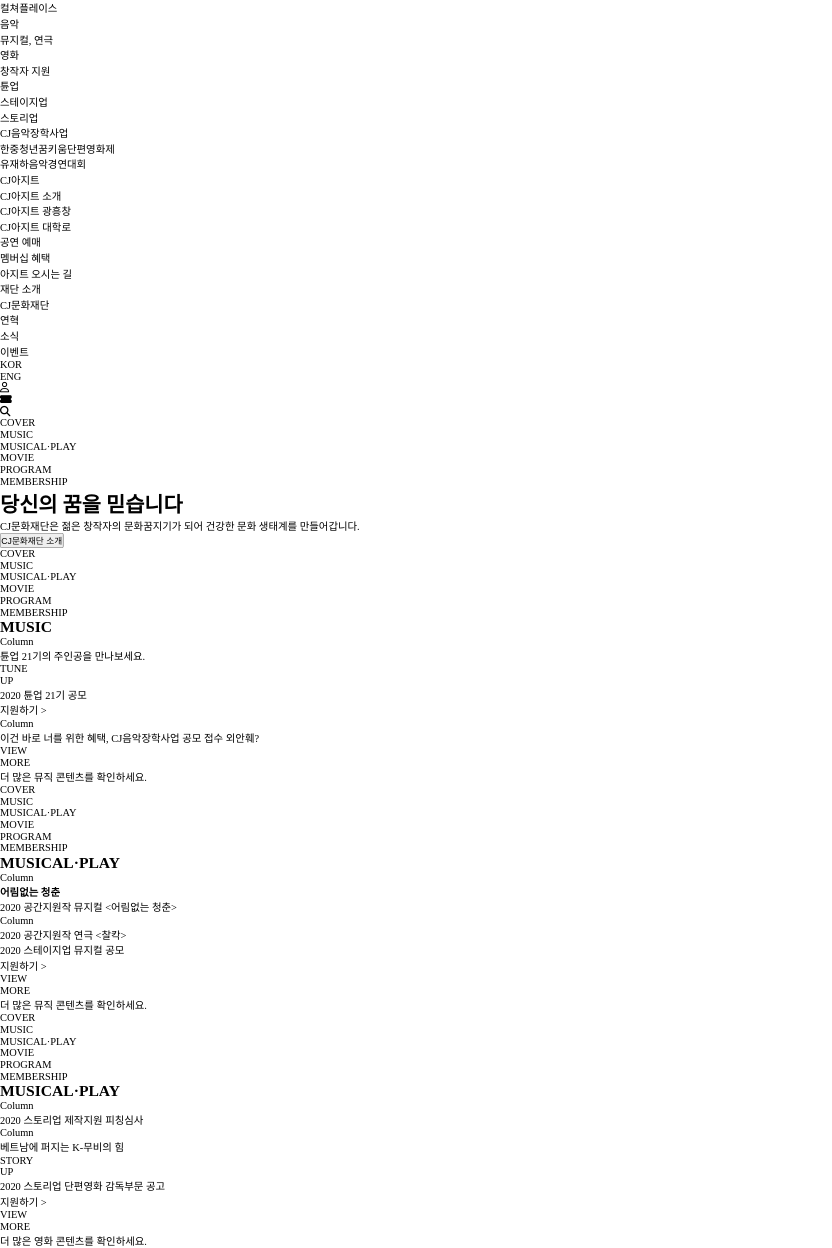
Repository: godcl1623/Tutorials
Page: 습작/CJazit/cjazit-index.html
These files come from the project's save history. The page is drawn as it stood at one moment and after the next save; the edit follows.
The browser window is 1280 px wide. The pictures show the whole page, at 65% of full size.
Some web libraries are served in a nearby version.

Above is the page before, as saved 2021-01-12 21:26:38.

### 습작/CJazit/cjazit-index.html
<!DOCTYPE html>
<html lang="kr">
<head>
  <meta charset="UTF-8">
  <meta name="viewport" content="width=device-width, initial-scale=1.0">
  <title>CJ문화재단</title>
  <link rel="stylesheet" href="cjazit-style.css">
  <script src="https://kit.fontawesome.com/126dba6a94.js" crossorigin="anonymous"></script>
</head>
<body>
  <nav>
    <div class="logo-place"></div>
    <ul class="menu-main">
      <li>컬쳐플레이스
        <ul class="menu-sub">
          <li>음악</li>
          <li>뮤지컬, 연극</li>
          <li>영화</li>
        </ul>
      </li>
      <li>창작자 지원
        <ul class="menu-sub">
          <li>튠업</li>
          <li>스테이지업</li>
          <li>스토리업</li>
          <li>CJ음악장학사업</li>
          <li>한중청년꿈키움단편영화제</li>
          <li>유재하음악경연대회</li>
        </ul>
      </li>
      <li>CJ아지트
        <ul class="menu-sub">
          <li>CJ아지트 소개</li>
          <li>CJ아지트 광흥창</li>
          <li>CJ아지트 대학로</li>
          <li>공연 예매</li>
          <li>멤버십 혜택</li>
          <li>아지트 오시는 길</li>
        </ul>
      </li>
      <li>재단 소개
        <ul class="menu-sub">
          <li>CJ문화재단</li>
          <li>연혁</li>
          <li>소식</li>
          <li>이벤트</li>
        </ul>
      </li>
    </ul>
    <div class="utility">
      <div class="language">
        <span><p>KOR</p></span>
        <span><p>ENG</p></span>
      </div>
      <div class="utility-icons">
        <div><i class="far fa-user"></i></div>
        <div><i class="fas fa-ticket-alt"></i></div>
        <div><i class="fas fa-search"></i></div>
      </div>
    </div>
  </nav>
  <header>
    <ul class="sidebar">
      <li>COVER</li>
      <li>MUSIC</li>
      <li>MUSICAL·PLAY</li>
      <li>MOVIE</li>
      <li>PROGRAM</li>
      <li>MEMBERSHIP</li>
    </ul>
    <div class="main-image"></div>
    <div class="welcom-box">
      <h1>당신의 꿈을 믿습니다</h1>
      <p>CJ문화재단은 젊은 창작자의 문화꿈지기가 되어 건강한 문화 생태계를 만들어갑니다.</p>
      <button>CJ문화재단 소개</button>
    </div>
  </header>
  <article class="article1-music">
    <ul class="sidebar">
      <li>COVER</li>
      <li>MUSIC</li>
      <li>MUSICAL·PLAY</li>
      <li>MOVIE</li>
      <li>PROGRAM</li>
      <li>MEMBERSHIP</li>
    </ul>
    <div class="article-1-contents-wrapper">
      <h1>MUSIC</h1>
      <div class="article-1-images-wrapper">
        <div class="article-1-image-contents">
          <div class="article-1-image-commentary">
            <p>Column</p>
            <p>튠업 21기의 주인공을 만나보세요.</p>
          </div>
        </div>
        <div class="article-1-image-contents">
          <div class="article-1-image-commentary">
            <p>TUNE<br>UP</p>
            <p>2020 튠업 21기 공모</p>
            <p>지원하기 ></p>
          </div>
        </div>
        <div class="article-1-image-contents">
          <div class="article-1-image-commentary">
            <p>Column</p>
            <p>이건 바로 너를 위한 혜택, CJ음악장학사업 공모 접수 외안훼?</p>
          </div>
        </div>
        <div class="article-1-image-contents">
          <div class="article-1-image-commentary">
            <p>VIEW<br>MORE</p>
            <p>더 많은 뮤직 콘텐츠를 확인하세요.</p>
          </div>
        </div>
      </div>
    </div>
  </article>
  <article class="article2-musical-play">
    <ul class="sidebar">
      <li>COVER</li>
      <li>MUSIC</li>
      <li>MUSICAL·PLAY</li>
      <li>MOVIE</li>
      <li>PROGRAM</li>
      <li>MEMBERSHIP</li>
    </ul>
    <div class="article-2-contents-wrapper">
      <h1>MUSICAL·PLAY</h1>
      <div class="article-2-images-wrapper">
        <div class="article-2-image-contents">
          <div class="article-2-image-commentary">
            <p>Column</p>
            <h4>어림없는 청춘</h4>
            <p>2020 공간지원작 뮤지컬 &lt;어림없는 청춘&gt;</p>
          </div>
        </div>
        <div class="article-2-image-contents">
          <div class="article-2-image-commentary">
            <p>Column</p>
            <p>2020 공간지원작 연극 &lt;찰칵&gt;</p>
          </div>
        </div>
        <div class="article-2-image-contents">
          <div class="article-2-image-commentary">
            <p>2020 스테이지업 뮤지컬 공모</p>
            <p>지원하기 ></p>
          </div>
        </div>
        <div class="article-2-image-contents">
          <div class="article-2-image-commentary">
            <p>VIEW<br>MORE</p>
            <p>더 많은 뮤직 콘텐츠를 확인하세요.</p>
          </div>
        </div>
      </div>
    </div>
  </article>
  <article class="article-3-movie">
    <ul class="sidebar">
      <li>COVER</li>
      <li>MUSIC</li>
      <li>MUSICAL·PLAY</li>
      <li>MOVIE</li>
      <li>PROGRAM</li>
      <li>MEMBERSHIP</li>
    </ul>
    <div class="article-3-contents-wrapper">
      <h1>MUSICAL·PLAY</h1>
      <div class="article-3-images-wrapper">
        <div class="article-3-image-contents">
          <div class="article-3-image-commentary">
            <p>Column</p>
            <p>2020 스토리업 제작지원 피칭심사</p>
          </div>
        </div>
        <div class="article-3-image-contents">
          <div class="article-3-image-commentary">
            <p>Column</p>
            <p>베트남에 퍼지는 K-무비의 힘</p>
          </div>
        </div>
        <div class="article-3-image-contents">
          <div class="article-3-image-commentary">
            <p>STORY<br>UP</p>
            <p>2020 스토리업 단편영화 감독부문 공고</p>
            <p>지원하기 ></p>
          </div>
        </div>
        <div class="article-3-image-contents">
          <div class="article-3-image-commentary">
            <p>VIEW<br>MORE</p>
            <p>더 많은 영화 콘텐츠를 확인하세요.</p>
          </div>
        </div>
      </div>
    </div>
  </article>
  <article class="">

  </article>
  <article class="">

  </article>
  <footer>

  </footer>
</body>
</html>

### 습작/CJazit/cjazit-style.css
* {
  margin: 0;
  padding: 0;
}

ul,
ol,
li {
  list-style: none;
}

After the next save:
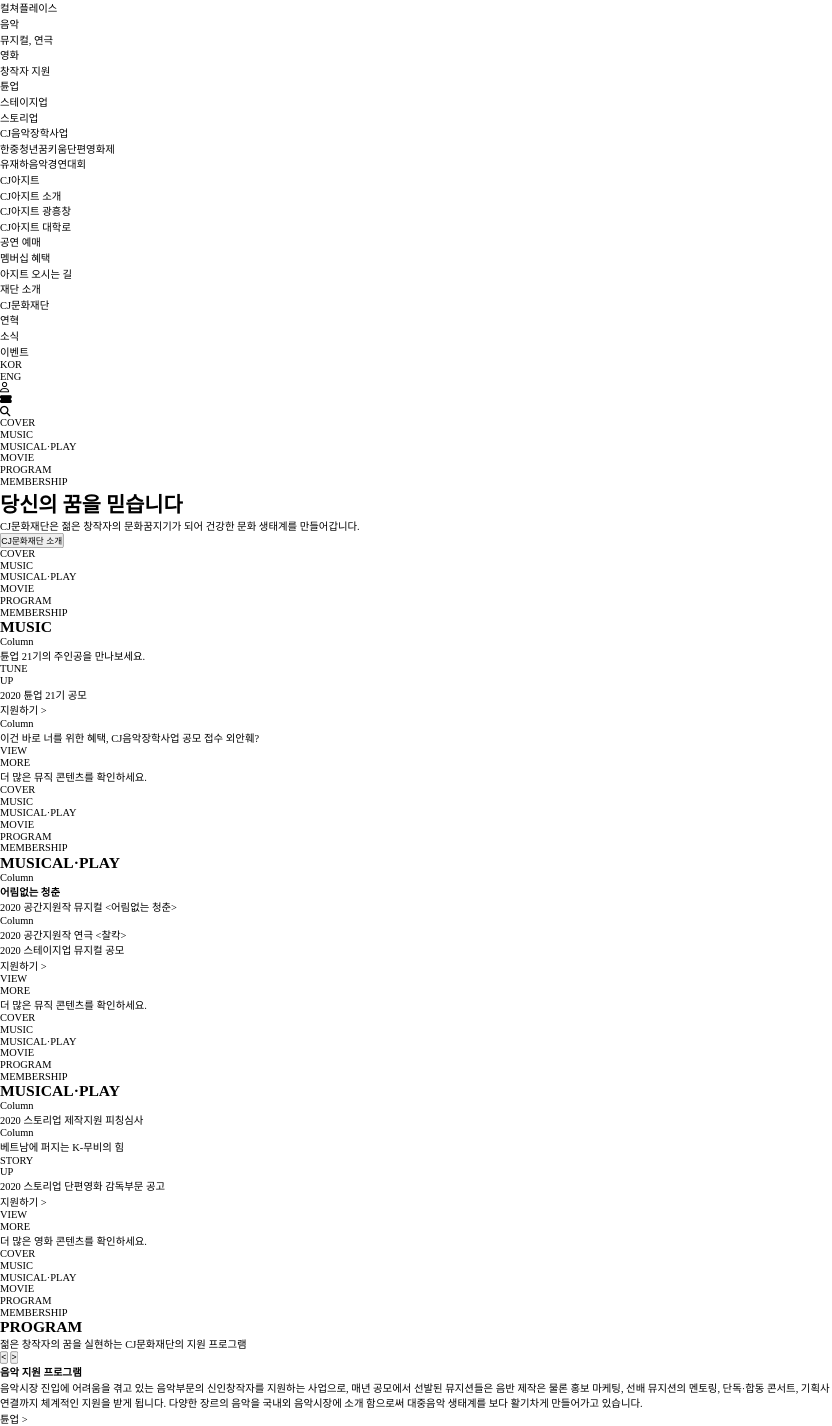
Saved 10 min 40 s later.
--- a/습작/CJazit/cjazit-index.html
+++ b/습작/CJazit/cjazit-index.html
@@ -195,8 +195,37 @@
       </div>
     </div>
   </article>
-  <article class="">
-
+  <article class="article-4-program">
+    <ul class="sidebar">
+      <li>COVER</li>
+      <li>MUSIC</li>
+      <li>MUSICAL·PLAY</li>
+      <li>MOVIE</li>
+      <li>PROGRAM</li>
+      <li>MEMBERSHIP</li>
+    </ul>
+    <div class="article-4-contents-wrapper">
+      <div class="article-4-summary">
+        <h1>PROGRAM</h1>
+        <p>젊은 창작자의 꿈을 실현하는 CJ문화재단의 지원 프로그램</p>
+      </div>
+      <div class="article-4-contents-specific">
+        <div class="button-box">
+          <button class="previous">&lt;</button>
+          <button class="next">&gt;</button>
+        </div>
+        <div class="article-4-text-box">
+          <div class="article-4-text-box-specific">
+            <div class="article-4-program-icon"></div>
+            <div class="article-4-program-specific">
+              <h4>음악 지원 프로그램</h4>
+              <p>음악시장 진입에 어려움을 겪고 있는 음악부문의 신인창작자를 지원하는 사업으로, 매년 공모에서 선발된 뮤지션들은 음반 제작은 물론 홍보 마케팅, 선배 뮤지션의 멘토링, 단독·합동 콘서트, 기획사 연결까지 체계적인 지원을 받게 됩니다. 다양한 장르의 음악을 국내외 음악시장에 소개 함으로써 대중음악 생태계를 보다 활기차게 만들어가고 있습니다.</p>
+            </div>
+          </div>
+          <p>튠업 ></p>
+        </div>
+      </div>
+    </div>
   </article>
   <article class="">
 
